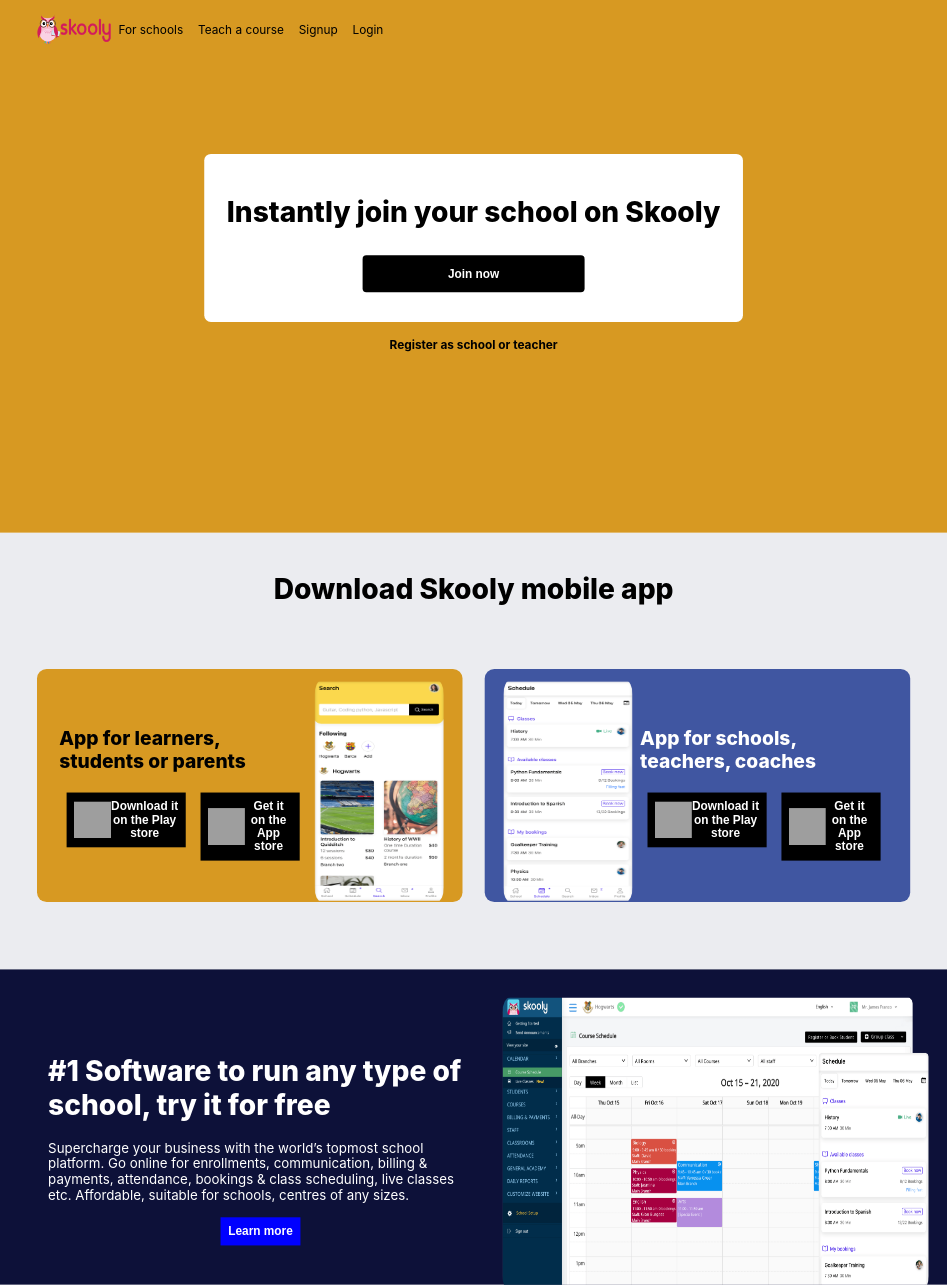
Repository: akankshaajoshi/Skooly-Clone
Page: /
An editor plug-in stored every save of this project. The page is shown before and after the next save, followed by the edit.
The browser window is 1280 px wide. The pictures show the whole page, at 74% of full size.
Pictures or frames that could not be fetched are drawn as grey boxes. The project was rebuilt for these pictures with package versions that can differ from the ones it lists, and the page was loaded fresh each time. Also part of the build but not shown: craco.config.js.

Above is the page before, as saved 2023-09-14 20:38:38.

### public/index.html
<!DOCTYPE html>
<html lang="en">
  <head>
    <meta charset="utf-8" />
    <link rel="icon" href="%PUBLIC_URL%/logo.webp" />
    <meta name="viewport" content="width=device-width, initial-scale=1" />
    <meta name="theme-color" content="#000000" />
    <meta
      name="description"
      content="Web site created using create-react-app"
    />
    <link rel="apple-touch-icon" href="%PUBLIC_URL%/logo192.png" />
    <title>Skooly - Instantly join your school, register for a course</title>
  </head>
  <body>
    <noscript>You need to enable JavaScript to run this app.</noscript>
    <div id="root"></div>
    <!--
      This HTML file is a template.
      If you open it directly in the browser, you will see an empty page.

      You can add webfonts, meta tags, or analytics to this file.
      The build step will place the bundled scripts into the <body> tag.

      To begin the development, run `npm start` or `yarn start`.
      To create a production bundle, use `npm run build` or `yarn build`.
    -->
  </body>
</html>

### src/index.js
import React from 'react';
import ReactDOM from 'react-dom/client';
import '@/styles/index.css';
import App from '@/App';

const root = ReactDOM.createRoot(document.getElementById('root'));
root.render(
  <React.StrictMode>
    <App />
  </React.StrictMode>
);

### src/App.js
import "@/styles/App.css"
import Navbar from "@/components/shared/Navbar"
import Home from "@/pages/Home"

function App() {

  return (<>
  <Navbar/>
  <Home/>
  </>
  );
}

export default App;

### src/components/shared/Navbar/index.js
import React from 'react';
import styled from 'styled-components';
import { navItems } from '@/utils/constants';
import logo from '@/assets/images/skooly-logo.png';

const Nav = styled.nav`
  display: flex;
  flex-direction: row;
  min-height: 80px;
  z-index: 10000;
  position: fixed;
`;

const NavLeft = styled.div`
  display: flex;
  align-items: center;
  flex-direction: row;
  padding: 10px 0px 10px 50px;s
  min-width: 50%;
`;

const NavRight = styled.div`
  display: flex;
  flex-direction: row;
  align-items: center;
`;

const NavComponent = styled.div`
  display: flex;
  align-items: flex-end;
  justify-content: center;
  padding: 10px;
`;

const Img = styled.img`
  height: 40px;
  width: 100px;
`;

const index = () => {
  return (
    <Nav>
      <NavLeft>
        <Img src={logo} />
      </NavLeft>
      <NavRight>
        {navItems.map((item) => (
          <NavComponent>{item}</NavComponent>
        ))}
      </NavRight>
    </Nav>
  );
};

export default index;

### src/pages/Home/index.js
import React from 'react'
import {Container} from "@/components/custom/Container"
import HeroContainer from "@/containers/HeroContainer"
import DownloadContainer from "@/containers/DownloadContainer"
import ForSchoolContainer from "@/containers/ForSchoolContainer"

const index = () => {
  return (
    <Container>
    <HeroContainer/>
    <DownloadContainer/>
    <ForSchoolContainer/>
  </Container>
  )
}

export default index

### src/utils/constants.js
export const navItems = ['For schools', 'Teach a course', 'Signup', 'Login'];

export const hamburgerItems = ['Download app', 'Contact support', 'English'];

export const downloads = ['Download it on the Play store', 'Get it on the App store'];

### src/components/custom/Container/index.js
import styled from "styled-components";

export const Container = styled.div`
display: flex;
align-items: center;
flex-direction: column;
justify-content: center;
width: 100%;

@media screen and (max-width: 800px){
    display: flex;
    flex-direction: column;
    align-items: center;
}
`;

### src/containers/HeroContainer/index.js
import React from 'react'
import styled from 'styled-components'
import {colors, borderRadius, heights} from '@/assets'
import {Heading, SubSubHeading} from "@/components/base/Typography"
import {Button} from "@/components/base/Button"
import {Container} from "@/components/custom/Container"

const ContainerInner = styled.div`
display: flex;
align-items: center;
justify-content: center;
flex-direction: column;
background-color: ${colors.white};
border-radius: ${borderRadius.large};
padding: 30px 30px;
`
const containerStyle = {
    backgroundColor: `${colors.primary}`,
    height: `${heights.large}`
}

const buttonStyle = {
    width: "300px",
    height: "50px",
    backgroundColor: `${colors.black}`,
    color: `${colors.white}`,
    borderRadius: `${borderRadius.small}`,
}

const index = () => {
  return (
    <Container style={containerStyle}>
        <ContainerInner>
            <Heading>
            Instantly join your school on Skooly
            </Heading>
            <Button style={buttonStyle}>Join now</Button>
        </ContainerInner>
        <SubSubHeading>
        Register as school or teacher
        </SubSubHeading>
        </Container>
  )
}

export default index

### src/containers/DownloadContainer/index.js
import React from 'react';
import styled from 'styled-components';
import { Container } from '@/components/custom/Container';
import { heights, colors } from '@/assets';
import { Card } from '@/components/custom/Card';
import { Heading } from '@/components/base/Typography';
import { fontSizes } from '@/assets';
import { Button } from '@/components/base/Button';
import { downloads } from '@/utils/constants';
import { CardText } from '@/components/custom/CardText';
import { CardImage } from '@/components/custom/CardImage';
import { ButtonContainer } from '@/components/custom/ButtonContainer';
import imga from '@/assets/images/mobilea.png';
import imgb from '@/assets/images/mobileb.png';
import img2 from "@/assets/images/playstore.png";
import img from "@/assets/images/appstore.png";

const containerStyle = {
  backgroundColor: `${colors.quaternary}`,
  minHeight: `${heights.small}`,
  paddingBottom: "2vh"
};

const CardContainer = styled.div`
  display: flex;
  align-items: center;
  justify-content: center;
  flex-direction: row;
  margin-top: 10px;
  gap: 30px;
  padding: 50px;

  @media screen and (max-width: 800px){
    flex-direction: column;
  }
`;

const Img = styled.img`
height: 50px;
width: 50px;
`;

const index = () => {
  return (
    <Container style={containerStyle}>
      <Heading style={{ fontSize: fontSizes.xLarge }}>Download Skooly mobile app</Heading>
      <CardContainer>
        <Card style={{ backgroundColor: `${colors.primary}`, paddingLeft: "30px" }}>
          <CardText>
            <Heading style={{ fontSize: fontSizes.medium }}>App for learners, students or parents</Heading>
            <ButtonContainer>
              {downloads.map((download, ind) => (
                <Button><Img src = {ind === 1? img : img2} alt='download'/>{download}</Button>
              ))}
            </ButtonContainer>
          </CardText>
          <CardImage src={imga} />
        </Card>
        <Card style={{ backgroundColor: `${colors.secondary}` , paddingRight: "30px"}}>
          <CardImage src={imgb} />
          <CardText style={{color: `${colors.white}`}}>
            <Heading style={{ fontSize: fontSizes.medium }}>App for schools, teachers, coaches</Heading>
            <ButtonContainer>
              {downloads.map((download, ind) => (
                <Button> <Img src = {ind === 1? img : img2} alt='download'/>{download}</Button>
              ))}
            </ButtonContainer>
          </CardText>
        </Card>
      </CardContainer>
    </Container>
  );
};

export default index;

### src/containers/ForSchoolContainer/index.js
import React from 'react'
import {colors, heights} from "@/assets"
import {Container} from '@/components/custom/Container'
import {Card} from '@/components/custom/Card'
import {CardImage} from '@/components/custom/CardImage'
import {CardText} from '@/components/custom/CardText'
import workspace from '@/assets/images/workspace.png'
import {Heading, Text} from "@/components/base/Typography"
import {Button} from "@/components/base/Button"

const containerStyle = {
  backgroundColor: `${colors.tertiary}`,
  height: `${heights.xSmall}`,
  paddingTop: "30px"
};

const cardImageStyle = {
  minHeight: "55vh",
  minWidth: "45vw",
  paddingBottom: "0px",
  flex: "1"
}

const index = () => {
  return (
    <Container style={containerStyle}>
      <Card>
        <CardText style={{color: "white", flex: "1", paddingLeft: "50px", paddingRight: "30px"}}>
          <Heading>
          #1 Software to run any type of school, try it for free
          </Heading>
          <Text> Supercharge your business with the world’s topmost school platform. Go online for enrollments, communication, billing & payments, attendance, bookings & class scheduling, live classes etc. Affordable, suitable for schools, centres of any sizes. </Text>
        <Button style={{marginTop: "20px", backgroundColor: "blue"}}>Learn more</Button>
        </CardText>
        <CardImage src={workspace} style={cardImageStyle}/>
      </Card>
    </Container>
  )
}

export default index

### src/assets/index.js
const PRIMARY = "#D79922";
const SECONDARY = "#4056A1";
const TERTIARY = "#0D1139";
const QUATERNARY =  "#EBECF0";

export const colors = {
    primary: PRIMARY,
    secondary: SECONDARY,
    tertiary: TERTIARY,
    quaternary: QUATERNARY,
    white: "white",
    black: "black"
}

export const fontSizes = {
    xSmall: "16px",
    small: "18px",
    medium: "26px",
    large: "34px",
    xLarge: "38px",
    xxLarge: "44px"
}

export const borderRadius = {
    small: "5px",
    medium: "7px",
    large: "9px",
    xLarge: "13px"
}

export const heights = {
    xSmall: "55vh",
    small: "80vh",
    large: "100vh"
}

### src/components/base/Typography/index.js
import styled from "styled-components";
import {colors, fontSizes} from "@/assets"

export const Heading = styled.h1`
font-size: ${fontSizes.xLarge};
font-weight: 800;
`;

export const SubSubHeading = styled.h6`
font-size: ${fontSizes.xSmall};
margin-top: 20px;

&:hover{
    color: ${colors.tertiary};
    cursor: pointer;
}
`
export const Text = styled.div`
font-size: ${fontSizes.small};
`;

### src/components/base/Button/index.js
import styled from 'styled-components';
import { colors, fontSizes } from '@/assets';

export const Button = styled.button`
display: flex;
justify-content: center;
align-items: center;
text-decoration: none;
border: none;
padding: 10px;
margin: 10px;
font-size: ${fontSizes.xSmall};
font-weight: 600;
color: ${colors.white};
background-color: ${colors.black};

&:hover{
    cursor: pointer;
}
`;

### src/components/custom/Card/index.js
import styled from "styled-components";
import {borderRadius} from "@/assets"

export const Card = styled.div`
  display: flex;
  align-items: center;
  flex-direction: row;
  min-height: 300px;
  flex: 1;
  border-radius: ${borderRadius.xLarge};
  padding: 15px 15px 0px 15px;
  overflow: hidden;
`;

### src/components/custom/CardText/index.js
import styled from "styled-components";

export const CardText = styled.div`
  display: flex;
  flex-direction: column;
  align-items: center;
  justify-content: center;
  flex: 1;
`;

### src/components/custom/CardImage/index.js
import styled from "styled-components";
export const CardImage = styled.img`
  display: flex;
  align-self: center;
  border-radius: 20px;
  flex: 1;
  max-width: 175px;
  max-height: 300px;
  padding: 0px 10px 0px 10px;
`;

### src/components/custom/ButtonContainer/index.js
import styled from "styled-components";

export const ButtonContainer = styled.div`
  display: flex;
  align-items: flex-start;
  flex-direction: row;
  justify-content: center;
`;

Loaded but not shown: src/styles/index.css (common file); src/styles/App.css (no stored copy; drawn as an empty file)

After the next save:
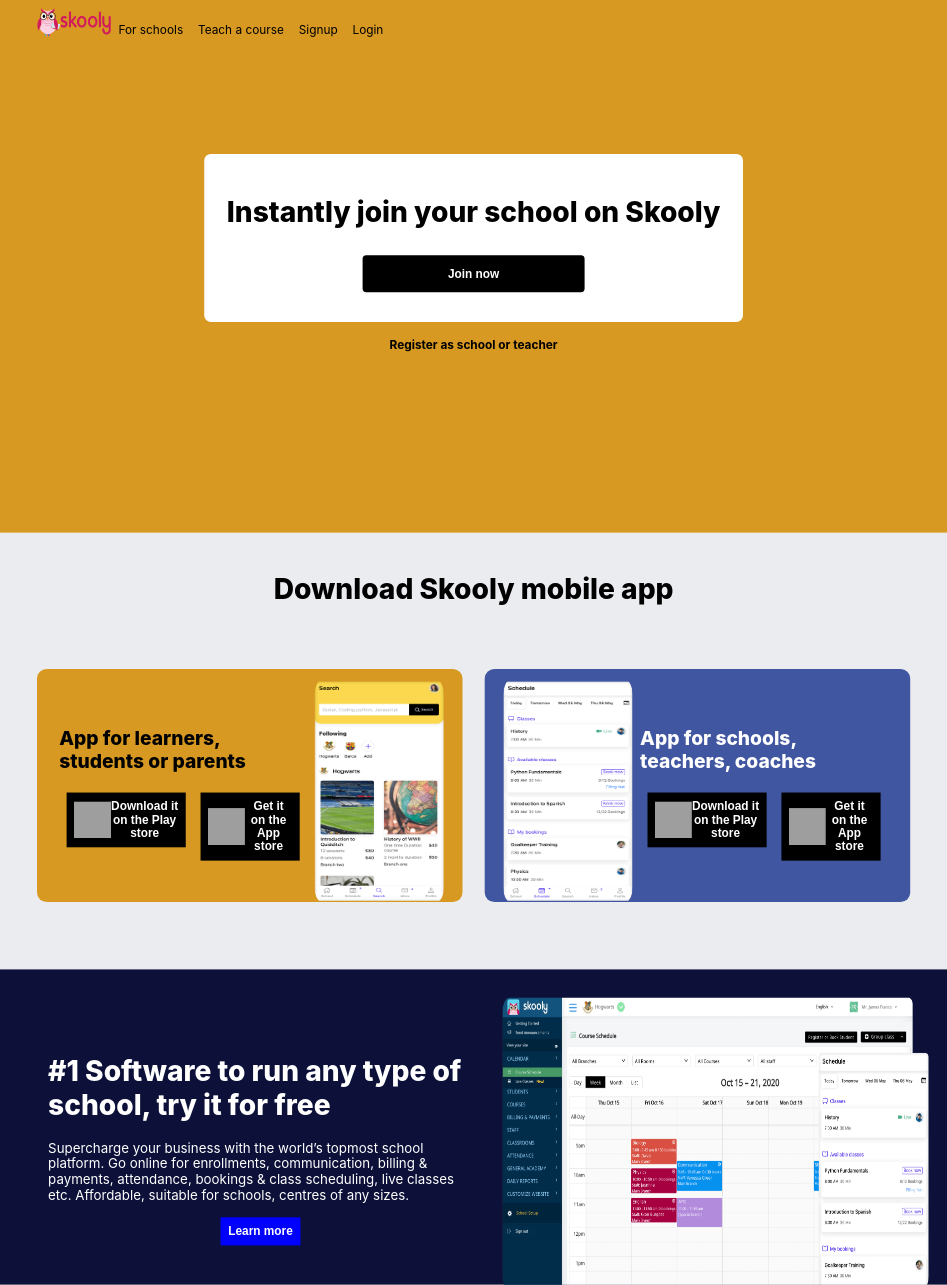
Saved 23 s later.
--- a/src/components/shared/Navbar/index.js
+++ b/src/components/shared/Navbar/index.js
@@ -13,10 +13,9 @@
 
 const NavLeft = styled.div`
   display: flex;
-  align-items: center;
+  align-items: flex-start;
   flex-direction: row;
   padding: 10px 0px 10px 50px;s
-  min-width: 50%;
 `;
 
 const NavRight = styled.div`

After the save that followed:
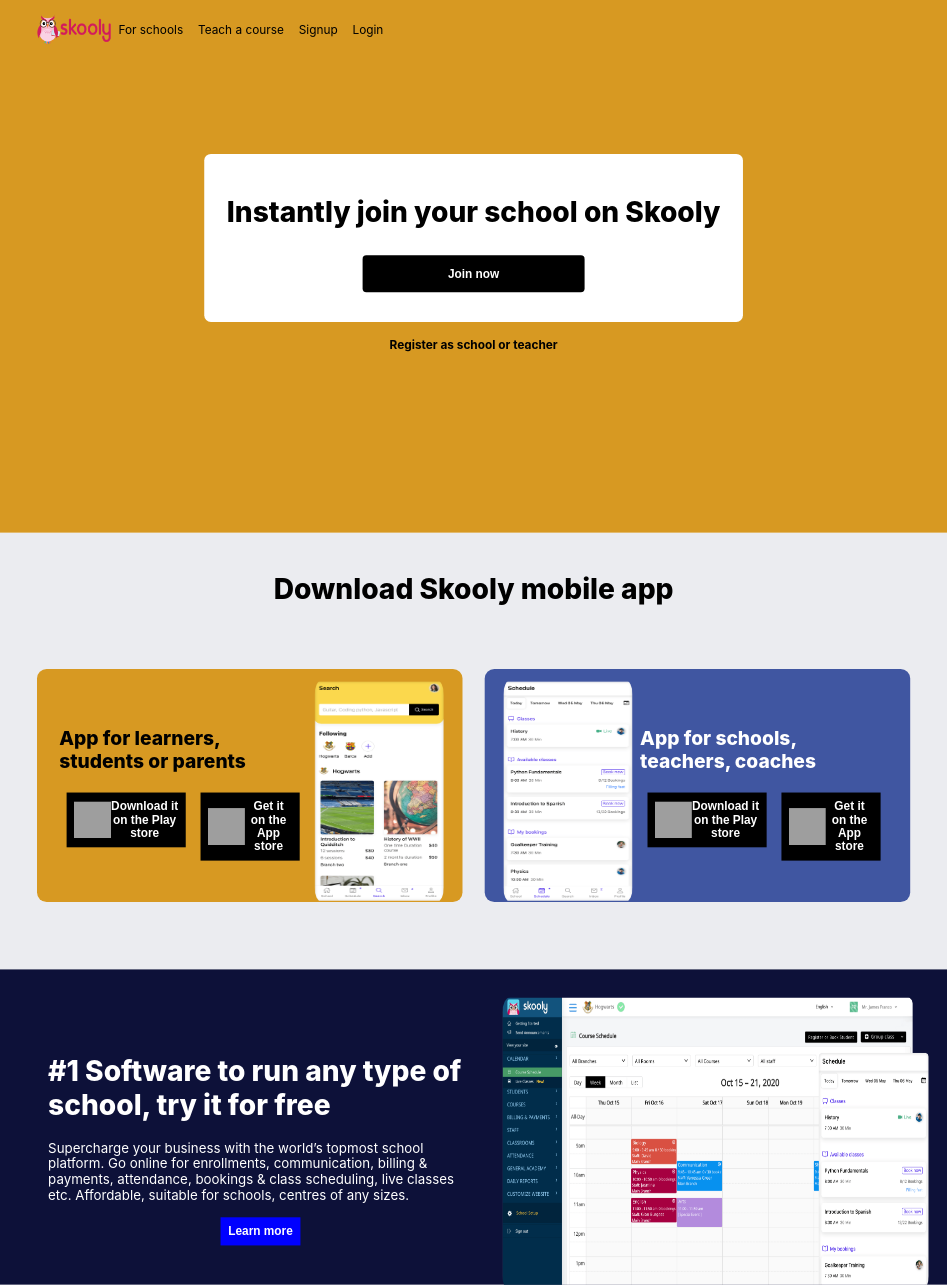
Saved 10 s later.
--- a/src/components/shared/Navbar/index.js
+++ b/src/components/shared/Navbar/index.js
@@ -13,7 +13,7 @@
 
 const NavLeft = styled.div`
   display: flex;
-  align-items: flex-start;
+  align-items: center;
   flex-direction: row;
   padding: 10px 0px 10px 50px;s
 `;
